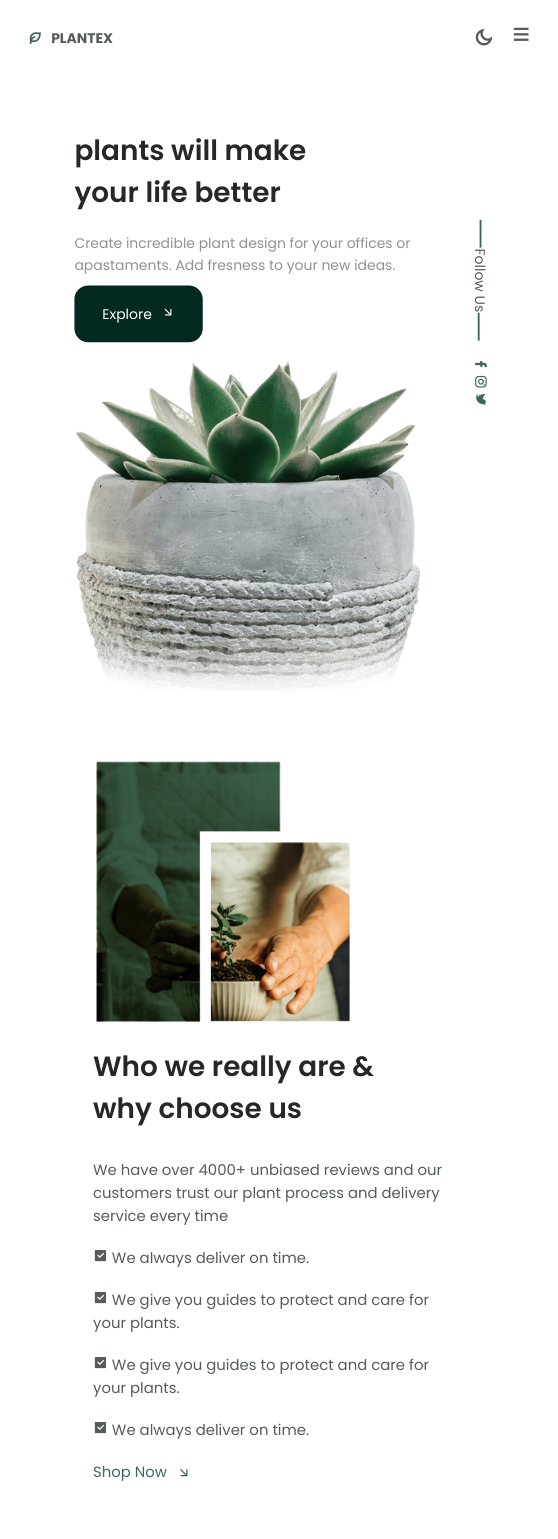
Repository: OmniaRafat232111121/plantwebsite
Page: index.html
These files come from the project's save history. The page is drawn as it stood at one moment and after a run of saves; the edit follows.
The browser window is 600 px wide. The pictures show the whole page, at 93% of full size.

Above is the page before, as saved 2023-01-05 00:13:31.

After the next 2 saves:
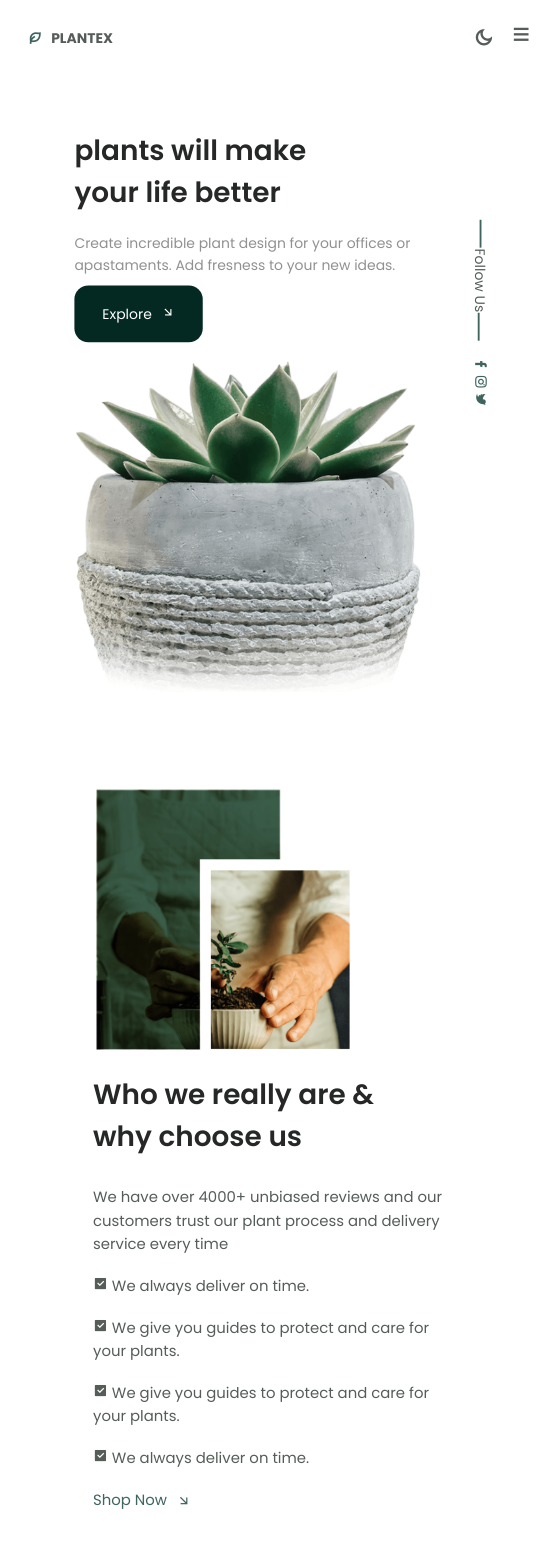
The 2 saves are shown as one change because they came seconds apart.
The last was saved 26 s later.
--- a/assets/css/styles.css
+++ b/assets/css/styles.css
@@ -399,6 +399,9 @@ color: var(--bold-green);
     font-size: 16px;
 
   }
+  .about-container{
+    margin-top: 30px;
+  }
 }
 /*=======change-header========*/
 .change-header{
